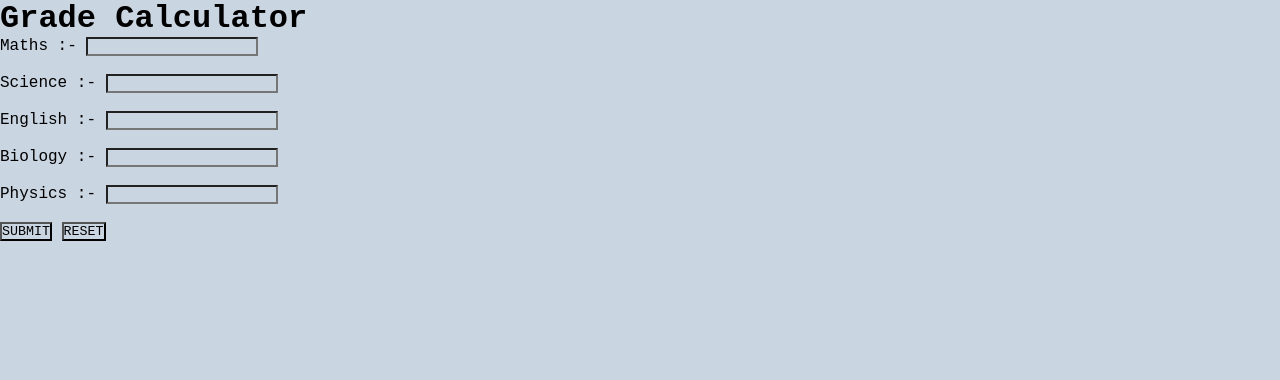
Repository: neelpatel6262/task-manager
Page: index.html
The author's editor kept a copy of each file at every save. The page is drawn from the files as they stood at one save, then again after the next save.
The browser window is 1280 px wide. The pictures show the whole page.
Some web fonts or font styles are not loaded; a fallback is used.

Above is the page before, as saved 2025-07-17 15:56:26.

After the next save:
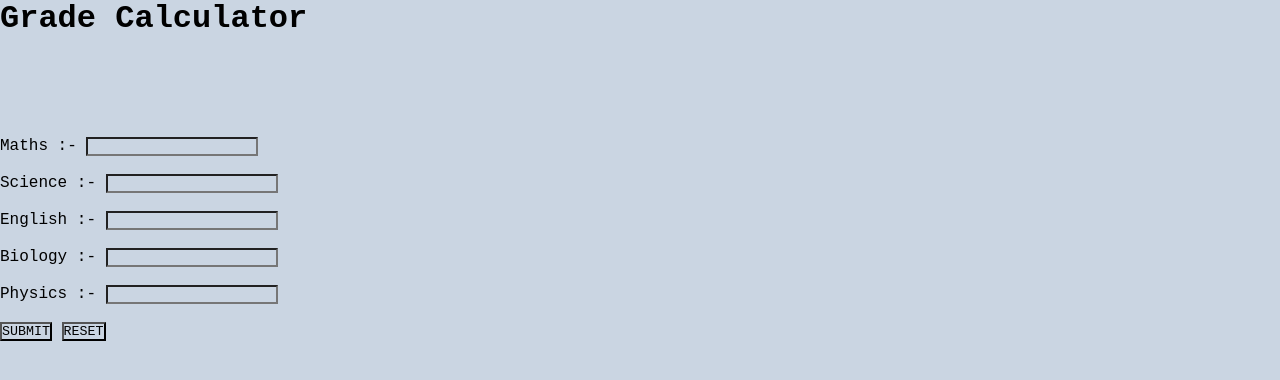
Saved 12 s later.
--- a/style.css
+++ b/style.css
@@ -5,3 +5,8 @@
  font-family: "DM Mono", monospace;
  background-color:oklch(0.869 0.022 252.894);
 }
+
+h1{
+  align-items: center;
+  margin-bottom: 100px;
+}
